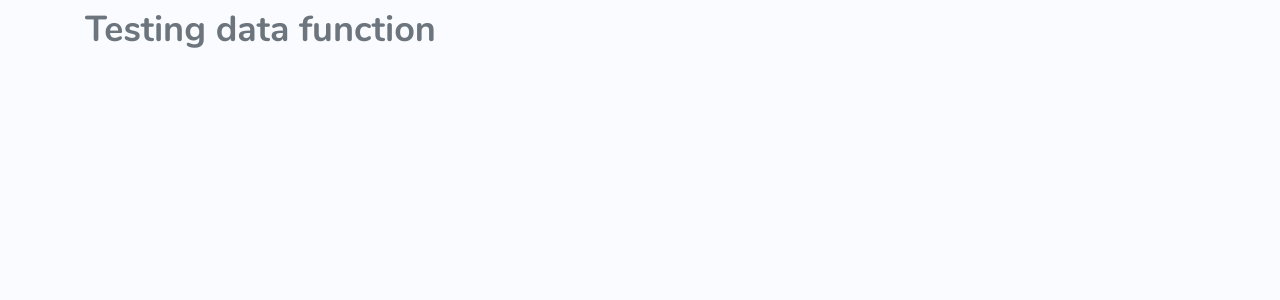
Repository: sungsynoint/synostorm-vue
Page: /
These files come from the project's save history. The page is drawn as it stood at one moment and after the next save; the edit follows.
The browser window is 1280 px wide. The pictures show the whole page.
The project was rebuilt for these pictures with package versions that can differ from the ones it lists, and the page was loaded fresh each time.

Above is the page before, as saved 2019-09-18 09:25:13.

After the next save:
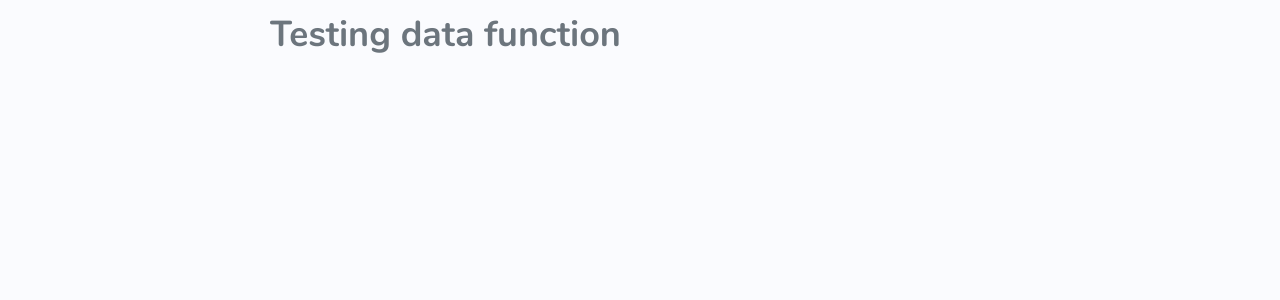
Saved 80 s later.
--- a/src/App.vue
+++ b/src/App.vue
@@ -1,5 +1,5 @@
 <template>
-  <div class="container">
+  <div class="content-page">
     <h1>{{title}}</h1>
   </div>
 </template>
